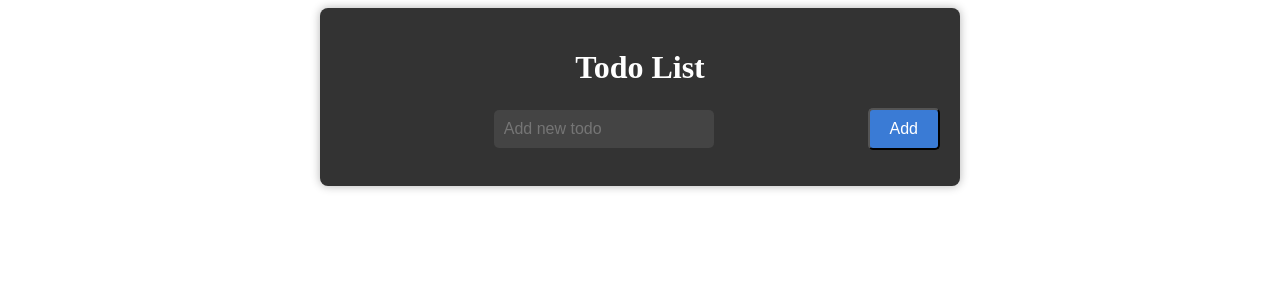
Repository: Tobby004/Todo-assignment
Page: / (app in todo-list-app/)
The author's editor kept a copy of each file at every save. The page is drawn from the files as they stood at one save, then again after the next save.
The browser window is 1280 px wide. The pictures show the whole page.
The project was rebuilt for these pictures with package versions that can differ from the ones it lists, and the page was loaded fresh each time. Also part of the build but not shown: todo-list-app/vue.config.js.

Above is the page before, as saved 2023-12-06 16:49:54.

### todo-list-app/src/App.vue
<template>
  <div id="app">
    <h1>Todo List</h1>
    <div class="input-container">
      <input v-model="newTodo" @keyup.enter="addTodo" placeholder="Add new todo" class="input-field">
      <button @click="addTodo" class="add-button">Add</button>
    </div>
    <ul>
      <li v-for="(todo, index) in todos" :key="index" class="todo-item">
        <span>{{ todo }}</span>
        <button @click="editTodo(index)" class="edit-button">Edit</button>
        <button @click="deleteTodo(index)" class="delete-button">Delete</button>
      </li>
    </ul>
  </div>
</template>



<script>
export default {
  data() {
    return {
      todos: [],
      newTodo: '',
      editedTodoIndex: null,
    };
  },
  methods: {
    addTodo() {
      if (this.newTodo.trim() !== '') {
        if (this.editedTodoIndex !== null) {
          this.todos[this.editedTodoIndex] = this.newTodo;
          this.newTodo = '';
          this.editedTodoIndex = null;
        } else {
          this.todos.push(this.newTodo);
          this.newTodo = '';
        }
      }
    },
    editTodo(index) {
      this.newTodo = this.todos[index];
      this.editedTodoIndex = index;
    },
    deleteTodo(index) {
      this.todos.splice(index, 1);
    },
  },
};
</script>

<style scoped>
body {
  margin: 0;
  font-family: Arial, sans-serif;
  background-color: #222;
  color: #eee;
}
h1 {
  color: #fff;
}

#app {
  max-width: 600px;
  margin: 0 auto;
  padding: 20px;
  background-color: #333;
  border-radius: 8px;
  box-shadow: 0 0 10px rgba(0, 0, 0, 0.3);
}

h1 {
  text-align: center;
}

.input-container {
  display: flex;
  align-items: center;
  margin-bottom: 10px;
}

.input-field {
  width: 200px;
  padding: 10px;
  border: none;
  border-radius: 5px;
  font-size: 16px;
  background-color: #444;
  color: #eee;
  margin-left: auto;
  margin-right: auto;
}

.add-button {
  padding: 10px 20px;
  margin-left: 0px;
  border-radius: 5px;
  cursor: pointer;
  font-size: 16px;
  background-color: #3a7bd5;
  color: #fff;
  transition: background-color 0.3s ease;
}

.add-button:hover {
  background-color: #2e5aa3;
}
.todo-item {
  display: flex;
  align-items: center;
  justify-content: space-between;
  padding: 10px;
  margin-bottom: 8px;
  background-color: #555;
  border-radius: 5px;
  color: white;
  transition: background-color 0.3s ease;
}

.todo-item:hover {
  background-color: #666;
}

.edit-button,
.delete-button {
  padding: 5px 10px;
  border: none;
  border-radius: 3px;
  cursor: pointer;
  transition: background-color 0.3s ease;
}

.edit-button:hover {
  background-color: #3a7bd5;
}

.delete-button:hover {
  background-color: #d9534f;
}
</style>

Loaded but not shown: todo-list-app/public/index.html (common file); todo-list-app/src/main.js (common file)

After the next save:
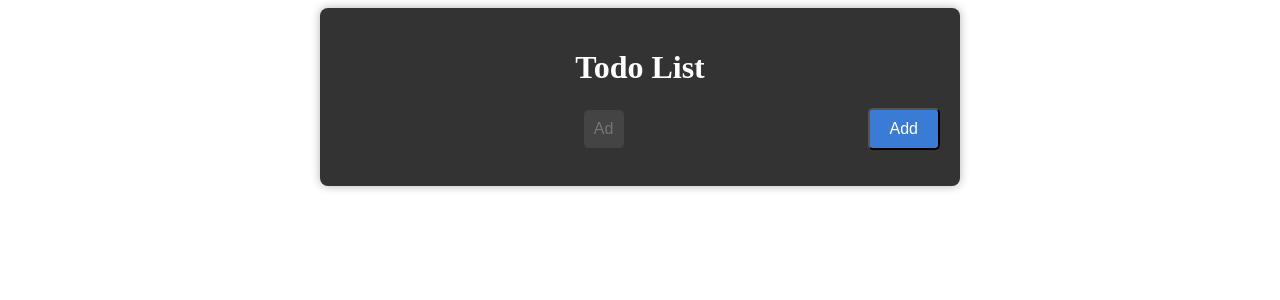
Saved 22 s later.
--- a/todo-list-app/src/App.vue
+++ b/todo-list-app/src/App.vue
@@ -81,7 +81,7 @@ h1 {
 }
 
 .input-field {
-  width: 200px;
+  width: 20px;
   padding: 10px;
   border: none;
   border-radius: 5px;
